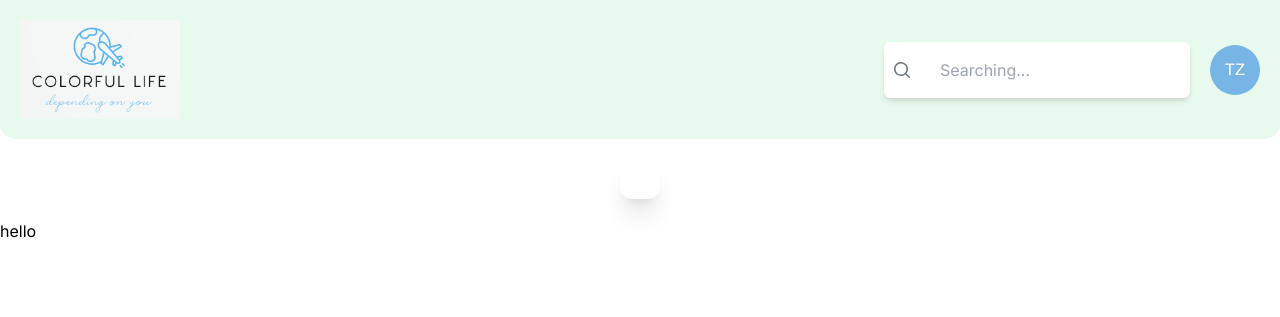
Repository: Tracy-maker/Kban
Page: /
These files come from the project's save history. The page is drawn as it stood at one moment and after the next save; the edit follows.
The browser window is 1280 px wide. The pictures show the whole page.
The project was rebuilt for these pictures with package versions that can differ from the ones it lists, and the page was loaded fresh each time. The framework's server and built-in components were replaced by stand-ins that run in the browser. Also part of the build but not shown: next.config.js.

Above is the page before, as saved 2023-08-23 18:11:40.

### app/layout.tsx
import './globals.css'
import type { Metadata } from 'next'
import { Inter } from 'next/font/google'

const inter = Inter({ subsets: ['latin'] })

export const metadata: Metadata = {
  title: 'Kanban Board',
  description: 'Generated by the Yix',
}

export default function RootLayout({
  children,
}: {
  children: React.ReactNode
}) {
  return (
    <html lang="en">
      <body className={inter.className}>{children}</body>
    </html>
  )
}

### app/page.tsx
import Header from "@/components/Header/Header";



export default function Home() {
  return (
    <main>

      <Header />
      <h1>hello</h1>
    </main>
  );
}

### components/Header/Header.tsx
"use client";
import React from "react";
import Image from "next/image";
import p1 from "@/components/assets/ad.png";
import { MagnifyingGlassIcon, UserCircleIcon } from "@heroicons/react/20/solid";
import Avatar from "react-avatar";

function Header() {
  return (
    <header>
      <div className="flex flex-col md:flex-row items-center p-5 bg-green-500/10 rounded-b-2xl">
        <Image
          className="w-40 md:w-50 pb-10 md:pb-0 object-contain"
          src={p1}
          alt="kanBan Logo"
          width={300}
          height={100}
        />
        <div className="flex items-center space-x-5 flex-1 justify-end w-full">
          <form className="flex items-center space-x-5 bg-white rounded-md p-2 shadow-md flex-1 md:flex-initial">
            <MagnifyingGlassIcon className="w-5 h-5 text-gray-500" />
            <input
              type="text"
              placeholder="Searching..."
              className="flex-1 outline-none p-2"
            />
            <button type="submit" hidden>
              Search
            </button>
          </form>
          <Avatar name="Tracy Z" round size="50" color="#78b5e7" />
        </div>
      </div>
      <div className="flex items-center justify-center px-5 md:py-5">
        <p className="flex items-center p-5 text-sm font-light pr-5 shadow-xl rounded-xl w-fit bg-white italic max-w-3xl text-[#78b5e7]">
          <UserCircleIcon />
        </p>
      </div>
    </header>
  );
}

export default Header;

Loaded but not shown: app/globals.css (common file); tailwind.config.ts (common file)

After the next save:
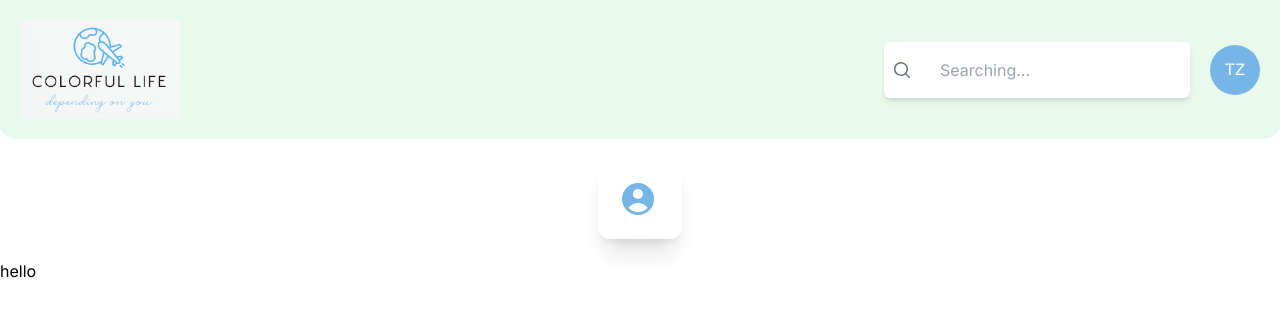
Saved 76 s later.
--- a/components/Header/Header.tsx
+++ b/components/Header/Header.tsx
@@ -33,7 +33,7 @@
       </div>
       <div className="flex items-center justify-center px-5 md:py-5">
         <p className="flex items-center p-5 text-sm font-light pr-5 shadow-xl rounded-xl w-fit bg-white italic max-w-3xl text-[#78b5e7]">
-          <UserCircleIcon />
+          <UserCircleIcon className="inline-block h-10 w-10 text-[#78b5e7] mr-1"/>
         </p>
       </div>
     </header>
